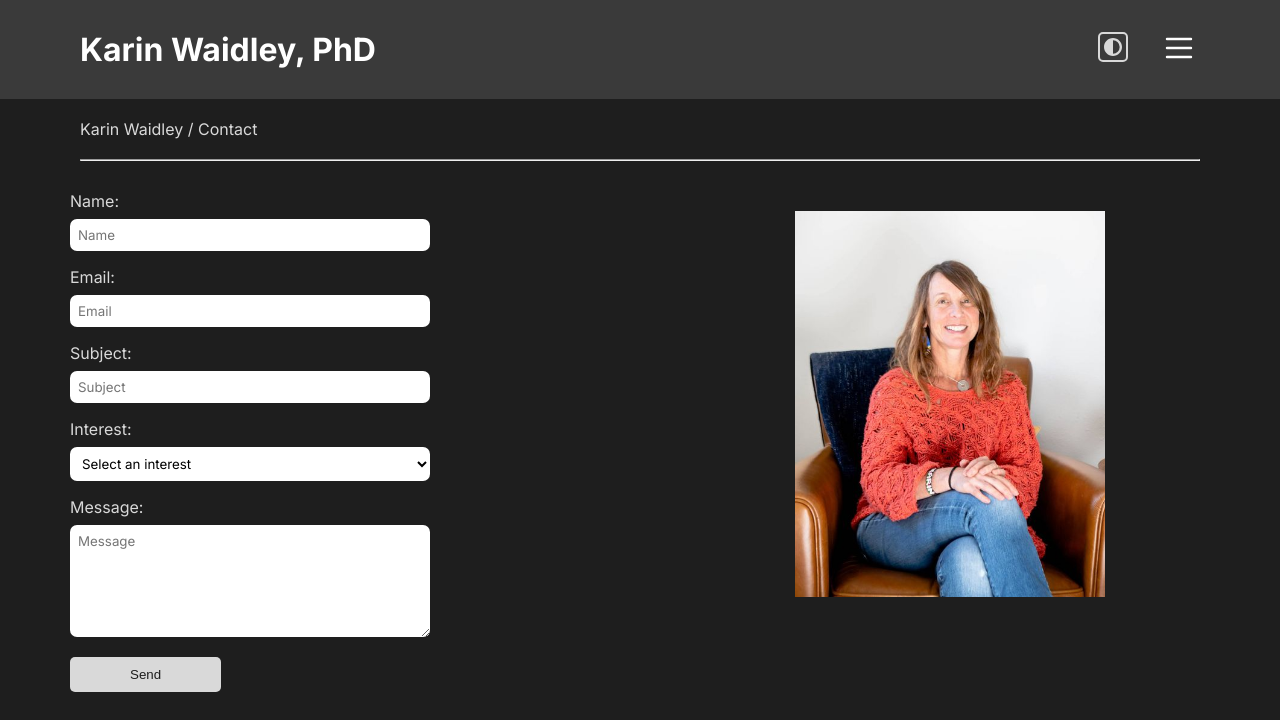
Repository: Ceasor7/Karin
Page: contact.html
These files come from the project's save history. The page is drawn as it stood at one moment and after the next save; the edit follows.
The browser window is 1280 px wide. The pictures show the whole page.

Above is the page before, as saved 2023-12-15 21:19:24.

After the next save:
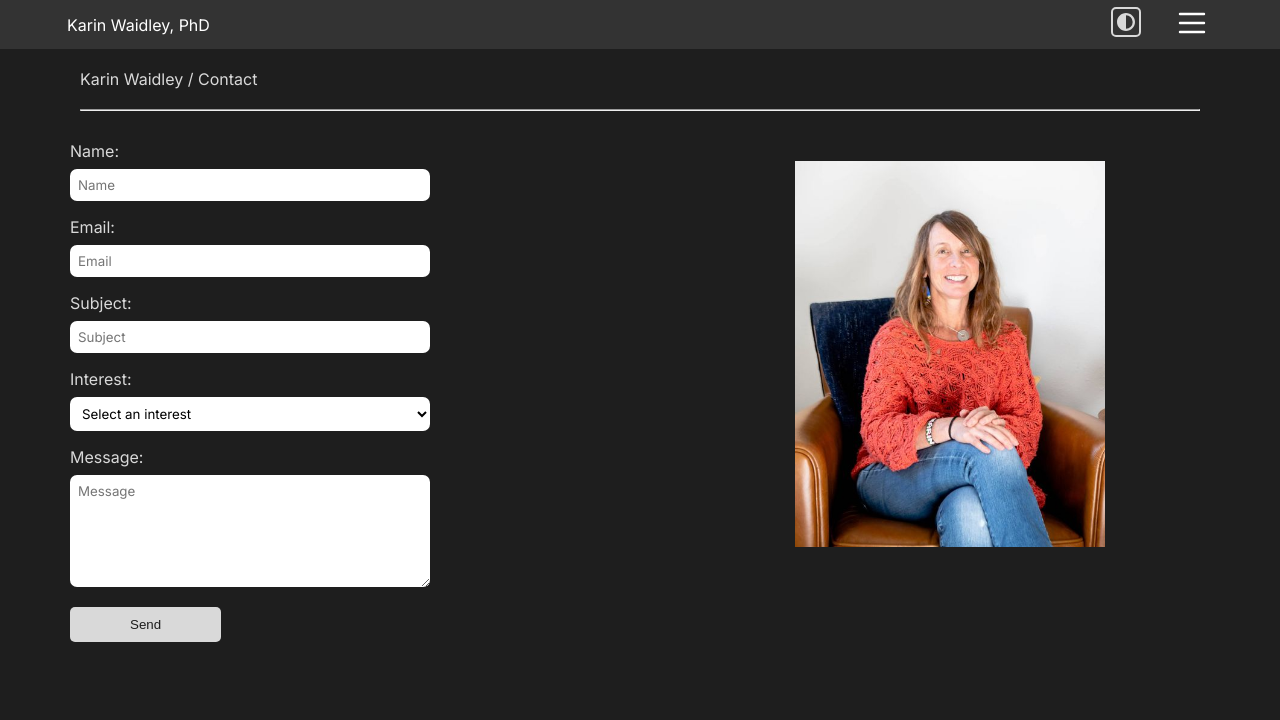
Saved 41 s later.
--- a/contact.html
+++ b/contact.html
@@ -55,23 +55,23 @@
 
         /* Navbar styles */
         header {
-            background-color: #3A3A3A;
+            background-color: #333;
             color: white;
-            padding: 10px 0;
         }
 
         .navbar {
             display: flex;
             justify-content: space-between;
             align-items: center;
-            padding: 20px;
+            padding: 7px;
             margin-left: 60px;
             margin-right: 60px;
         }
 
-        .navbar-logo {
-            font-size: 2em;
-            font-weight: bold;
+        .navbar-logo img {
+            height: 72px;
+            width: 300px;
+            margin-left: 27px;
         }
 
         .navbar-icons {
